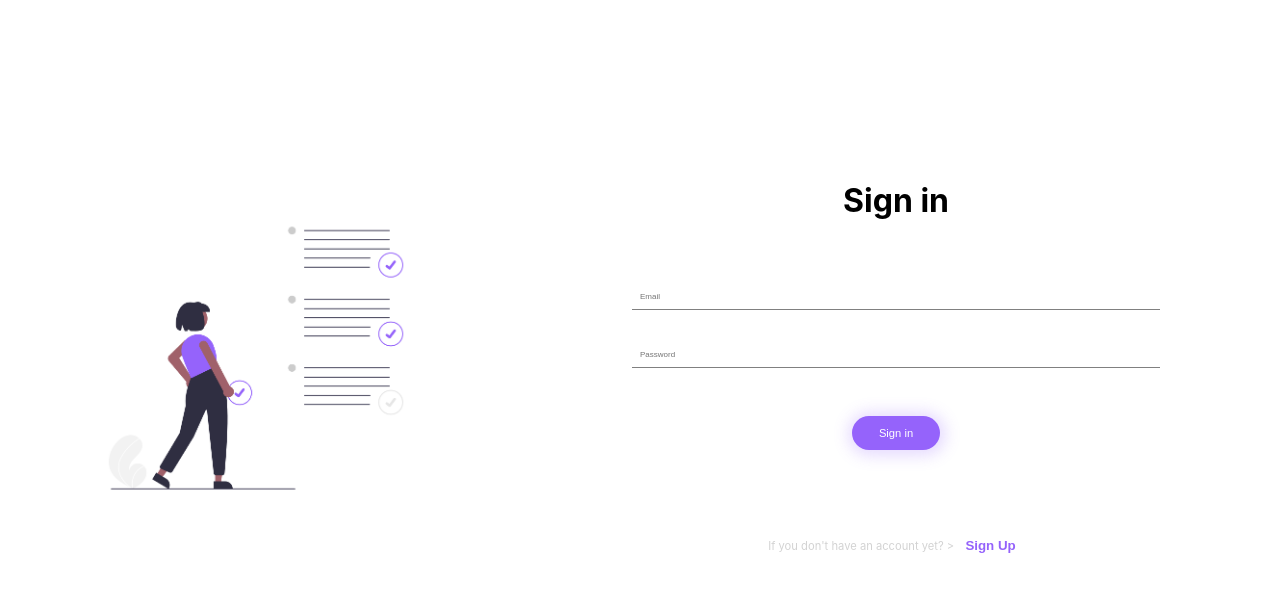
Repository: EEOOOO/wanted-pre-onboarding-fe
Page: / (app in to-do-list-app/)
The author's editor kept a copy of each file at every save. The page is drawn from the files as they stood at one save, then again after the next save.
The browser window is 1280 px wide. The pictures show the whole page.
The project was rebuilt for these pictures with package versions that can differ from the ones it lists, and the page was loaded fresh each time. Also part of the build but not shown: to-do-list-app/src/components/sign_up/sign_up.module.css, to-do-list-app/src/components/sign_up/sign_up.jsx, to-do-list-app/src/components/todoList/todo_list.jsx.

Above is the page before, as saved 2022-08-22 00:54:08.

After the next save:
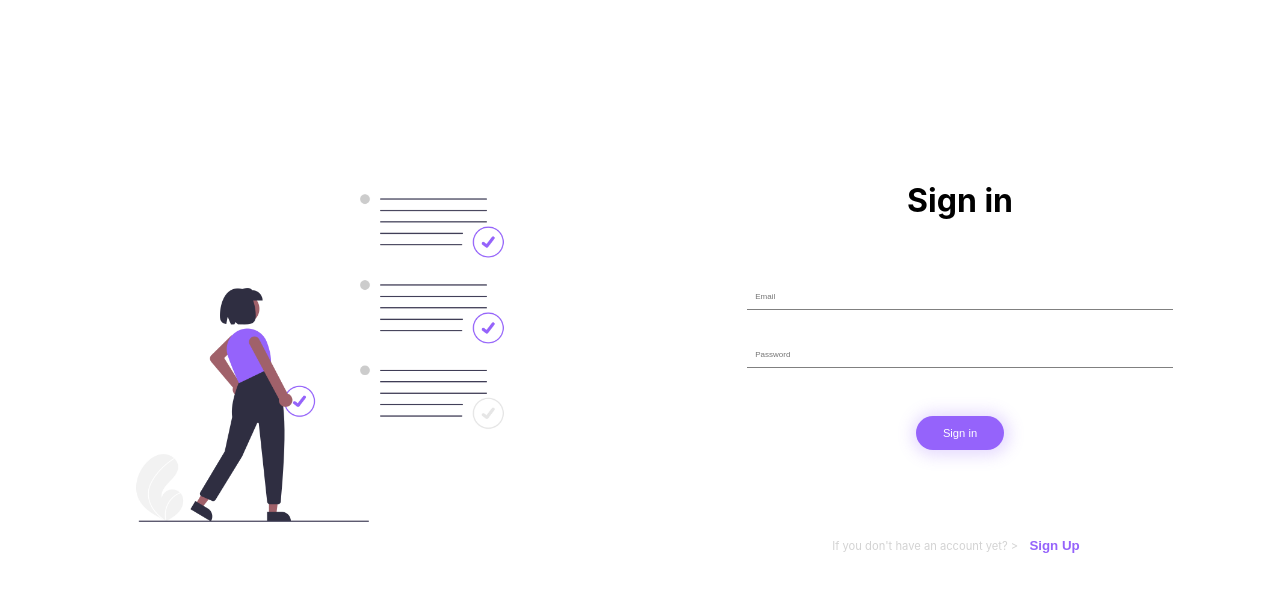
Saved 5 s later.
--- a/to-do-list-app/src/components/login/login.module.css
+++ b/to-do-list-app/src/components/login/login.module.css
@@ -5,11 +5,11 @@
   align-items: center;
 }
 .inputContainer {
-  width: 60%;
+  width: 50%;
   min-width: 235px;
 }
 .cover {
-  width: 40%;
+  width: 50%;
 }
 .coverImage {
   width: 80%;
